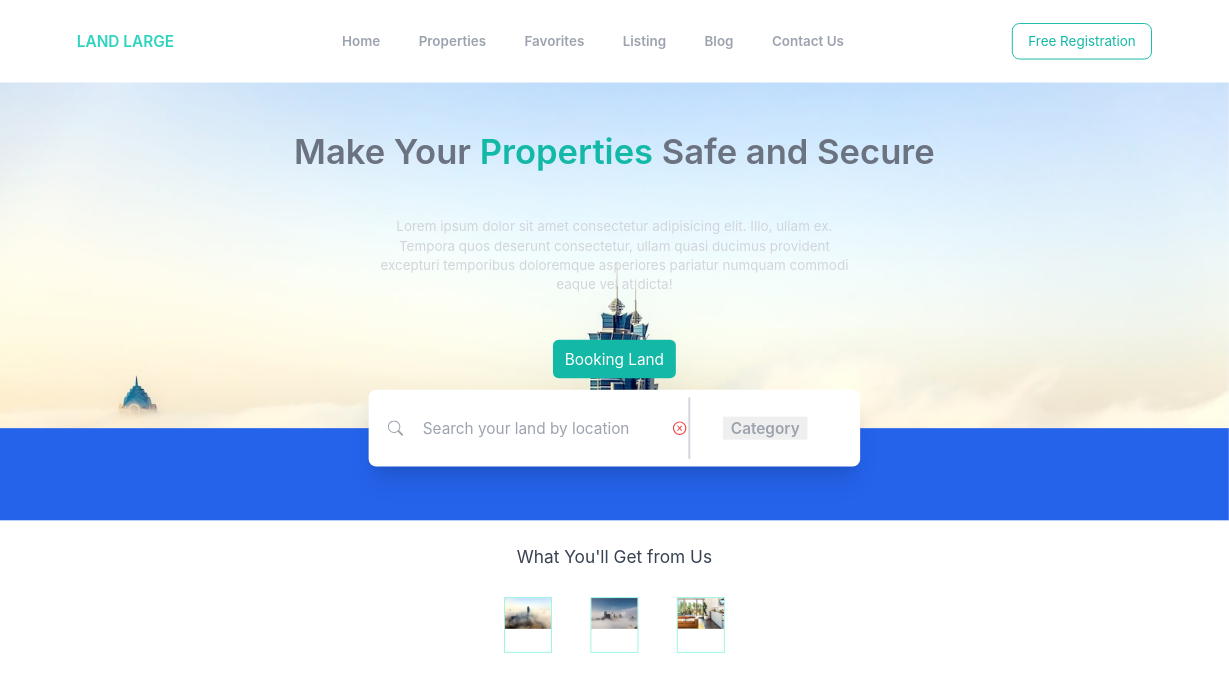
Repository: MuniruIssah/realestate
Page: /
These files come from the project's save history. The page is drawn as it stood at one moment and after the next save; the edit follows.
The browser window is 1280 px wide. The pictures show the whole page, at 96% of full size.
The project was rebuilt for these pictures with package versions that can differ from the ones it lists, and the page was loaded fresh each time. Also part of the build but not shown: src/App.css.

Above is the page before, as saved 2022-02-19 23:13:53.

### src/App.js
import logo from "./logo.svg";
import "./App.css";
import Header from "./components/Header";
import Jumbotron from "./components/Jumbotron";
import Search from "./components/Search";
import Services from "./components/Services";

function App() {
  return (
    <div className="h-screen">
      <Header />
      <Jumbotron />
      <Search />
      <Services />
    </div>
  );
}

export default App;

### src/components/Header.js
import React from "react";
const links = [
  "Home",
  "Properties",
  "Favorites",
  "Listing",
  "Blog",
  "Contact Us",
];
const Header = () => {
  return (
    <div className="flex justify-between items-center px-3 lg:px-20 py-6">
      <span className="uppercase text-teal-400  font-semibold">land large</span>
      <div className="hidden lg:flex space-x-10 items-center">
        {links.map((link, index) => (
          <LinkItem key={index} name={link} />
        ))}
      </div>
      <button className="text-teal-500 border border-teal-500 rounded rounded-lg py-2 px-4 text-sm">
          Free Registration
      </button>
    </div>
  );
};

export default Header;

const LinkItem = ({ name }) => {
  return (
    <a href="#" className="text-gray-400 hover:text-teal-500 font-semibold text-sm">
      {name}
    </a>
  );
};

### src/components/Jumbotron.js
import React from "react";
import building from "../assets/building_cloud.jpg";
const Jumbotron = () => {
  return (
    <div
      style={{ backgroundImage: `url(${building})` }}
      className="h-3/6 flex flex-col justify-center items-center space-y-12 w-full  bg-no-repeat bg-cover"
    >
      <span className="lg:text-4xl text-gray-500 text-center font-semibold">
        Make Your <span className="text-teal-500">Properties</span> Safe and
        Secure
      </span>
      <p className="text-gray-300 text-sm text-center max-w-lg">
        Lorem ipsum dolor sit amet consectetur adipisicing elit. Illo, ullam ex.
        Tempora quos deserunt consectetur, ullam quasi ducimus provident
        excepturi temporibus doloremque asperiores pariatur numquam commodi
        eaque vel at dicta!
      </p>
      <button className="text-white bg-teal-500 py-2 px-3 rounded rounded-md">
          Booking Land
      </button>
    </div>
  );
};

export default Jumbotron;

### src/components/Search.js
import React from "react";
import { BsSearch } from "react-icons/bs";
import { AiOutlineCloseCircle } from "react-icons/ai";
const Search = () => {
  return (
    <div className="hidden lg:block  h-24 relative w-full bg-blue-600 mb-6">
      <div className="absolute h-20 w-full  -top-10">
        <div className="flex shadow shadow-xl h-full w-2/5 rounded rounded-lg bg-white mx-auto px-5 py-2">
          <div className="basis-2/3 flex items-center justify-center border-r-2 border-gray-300 space-x-5 ">
            <BsSearch className="text-gray-400" />
            <input
              type="text"
              className="w-60 outline-none text-gray-400"
              placeholder="Search your land by location"
            />
            <AiOutlineCloseCircle className="text-red-500" />
          </div>
          <div className="flex justify-center items-center basis-1/3">
            <select
              name="category"
              className="text-gray-400 outline-none px-2 font-semibold appearance-none"
              id=""
            >
              <option>Category</option>
            </select>
          </div>
        </div>
      </div>
    </div>
  );
};

export default Search;

### src/components/Services.js
import React from "react";
import interior from "../assets/interior.jpg";
import R from "../assets/R.png";
import building_cloud from "../assets/building_cloud.jpg";

const servicesList = [
  {
    image: building_cloud,
    service: "Beautiful Interiors",
  },
  {
    image: R,
    service: "Huge Parking Lot",
  },
  {
    image: interior,
    service: "Relaxing Places",
  },
];
const Services = () => {
  return (
    <div className="h-3/3 w-full flex flex-col justify-center items-center space-y-7 ">
      <h2 className="text-gray-700 text-lg">What You'll Get from Us</h2>
      <div className="md:flex md:space-x-10 justify-center items-center">
        {servicesList.map((service, index) => (
          <ServicesCard key={index} {...service} />
        ))}
      </div>
    </div>
  );
};

export default Services;

const ServicesCard = ({ image, name }) => {
  return (
    <div className="group flex-1 border border-teal-200 hover:bg-teal-500 hover:ring-teal-500">
      <img src={image} alt="service" className="w-full h-8 object-cover" />
      <span className="my-2 px-2 text-gray-600 group-hover:text-white">
        {name}
      </span>
      <button className="py-2 px-3 bg-white text-teal-500 group-hover:block hidden">
        Know More
      </button>
    </div>
  );
};

Loaded but not shown: public/index.html (common file); src/index.js (common file); src/index.css (common file); src/reportWebVitals.js (common file); tailwind.config.js (common file)

After the next save:
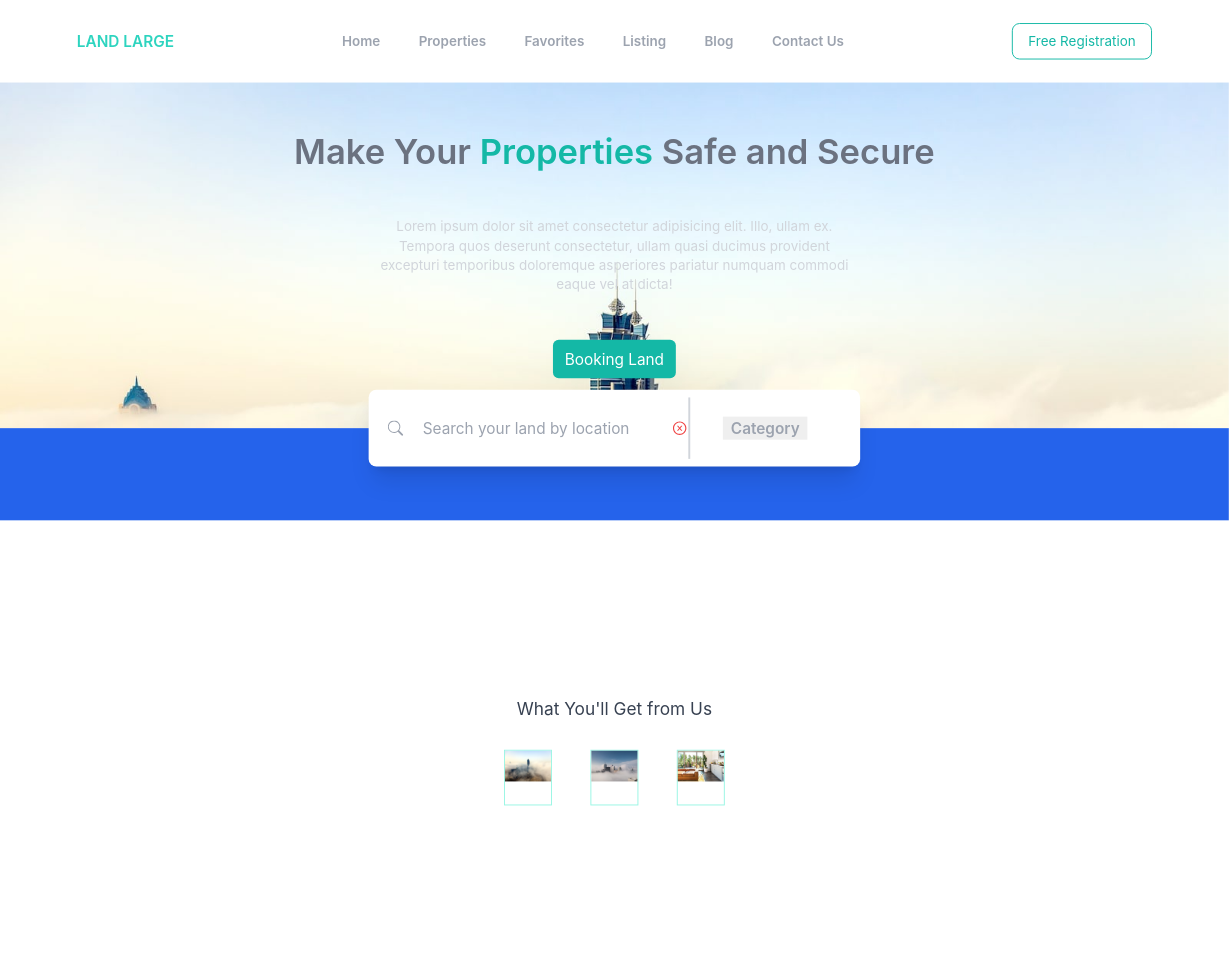
Saved 4 s later.
--- a/src/components/Services.js
+++ b/src/components/Services.js
@@ -19,7 +19,7 @@ const servicesList = [
 ];
 const Services = () => {
   return (
-    <div className="h-3/3 w-full flex flex-col justify-center items-center space-y-7 ">
+    <div className="h-3/5 w-full flex flex-col justify-center items-center space-y-7 ">
       <h2 className="text-gray-700 text-lg">What You'll Get from Us</h2>
       <div className="md:flex md:space-x-10 justify-center items-center">
         {servicesList.map((service, index) => (
